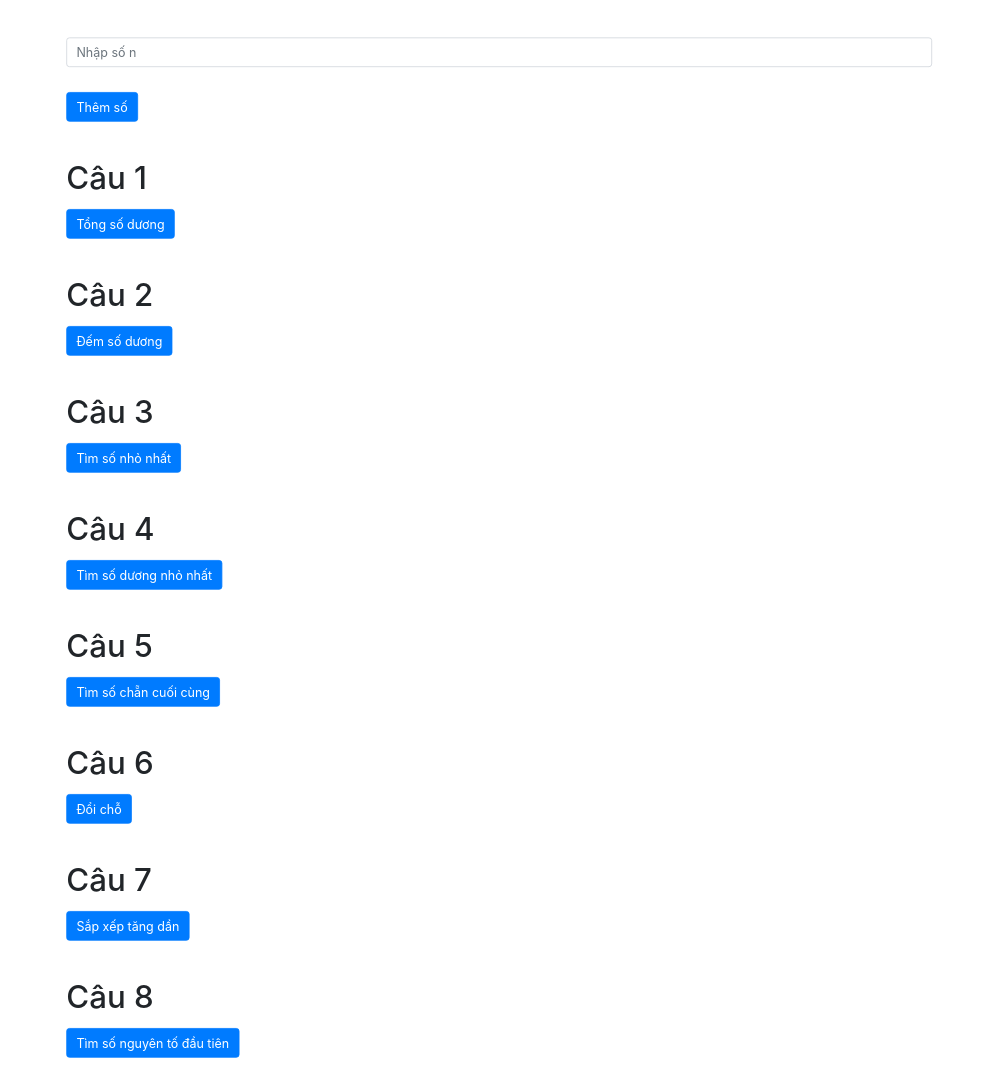
Repository: thanhfrankie/BC10-LeMinhThanh-Js-b7-8
Page: index.html
The author's editor kept a copy of each file at every save. The page is drawn from the files as they stood at one save, then again after the next save.
The browser window is 1280 px wide. The pictures show the whole page, at 78% of full size.

Above is the page before, as saved 2023-12-27 23:29:46.

After the next save:
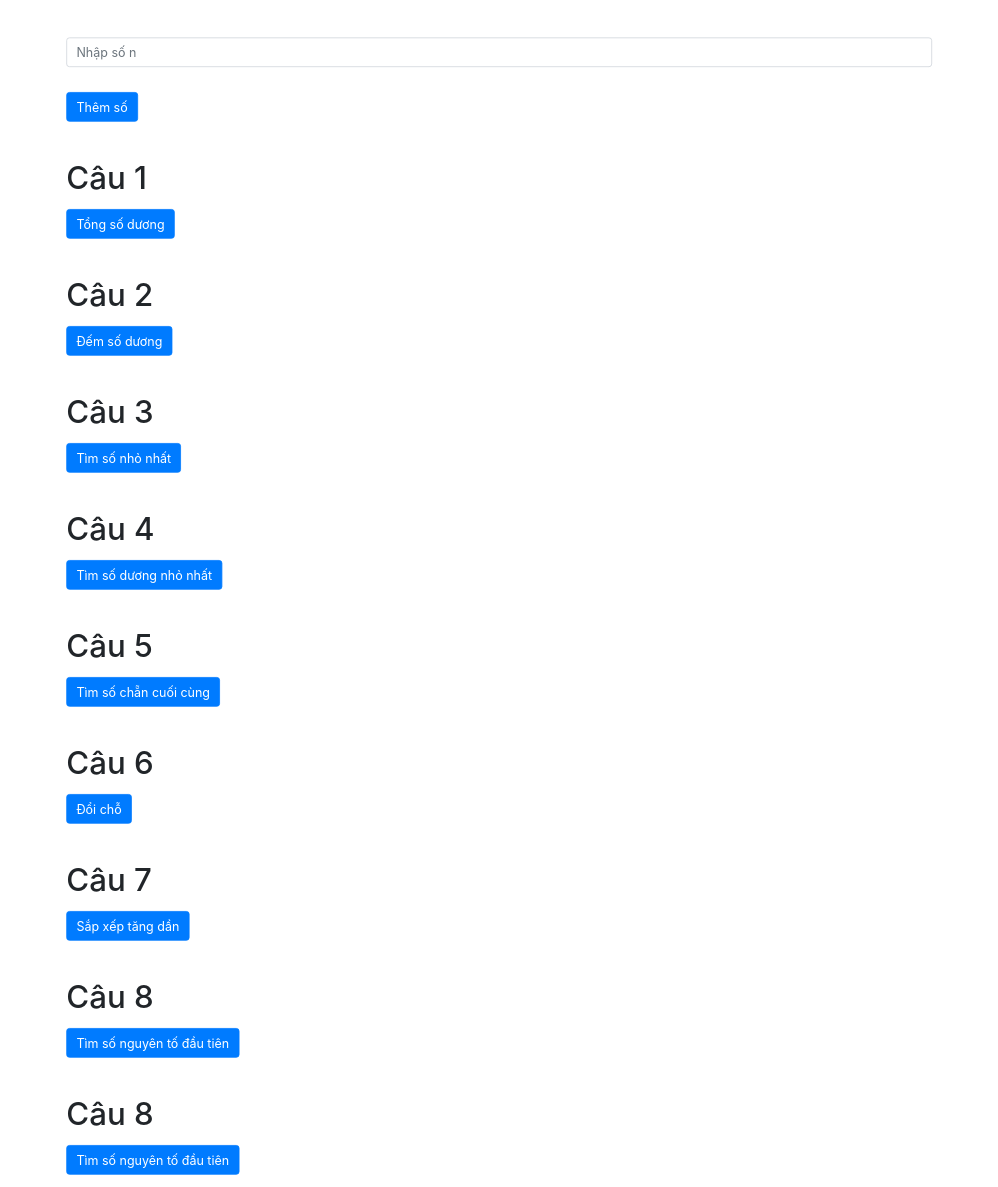
Saved 4 s later.
--- a/index.html
+++ b/index.html
@@ -161,7 +161,19 @@
           <div class="btn btn-danger" onclick="soNguyenToDauTien()"> Tìm số nguyên tố đầu tiên</div>
           <h2 id="so-nguyen-to-dau-tien"></h2>
         </div>
+  <!-- Câu 8 -->
+  <h1 class="mt-5">Câu 8</h1>
+  <p class="mt-3">
+      <button class="btn btn-primary" type="button" data-toggle="collapse" data-target="#cau8" aria-expanded="false"
+              aria-controls="contentId">
+              Tìm số nguyên tố đầu tiên
+            </button>
+            </p>
+    <div class="collapse" id="cau8">
 
+      <div class="btn btn-danger" onclick="soNguyenToDauTien()"> Tìm số nguyên tố đầu tiên</div>
+      <h2 id="so-nguyen-to-dau-tien"></h2>
+    </div>
 
 
 
